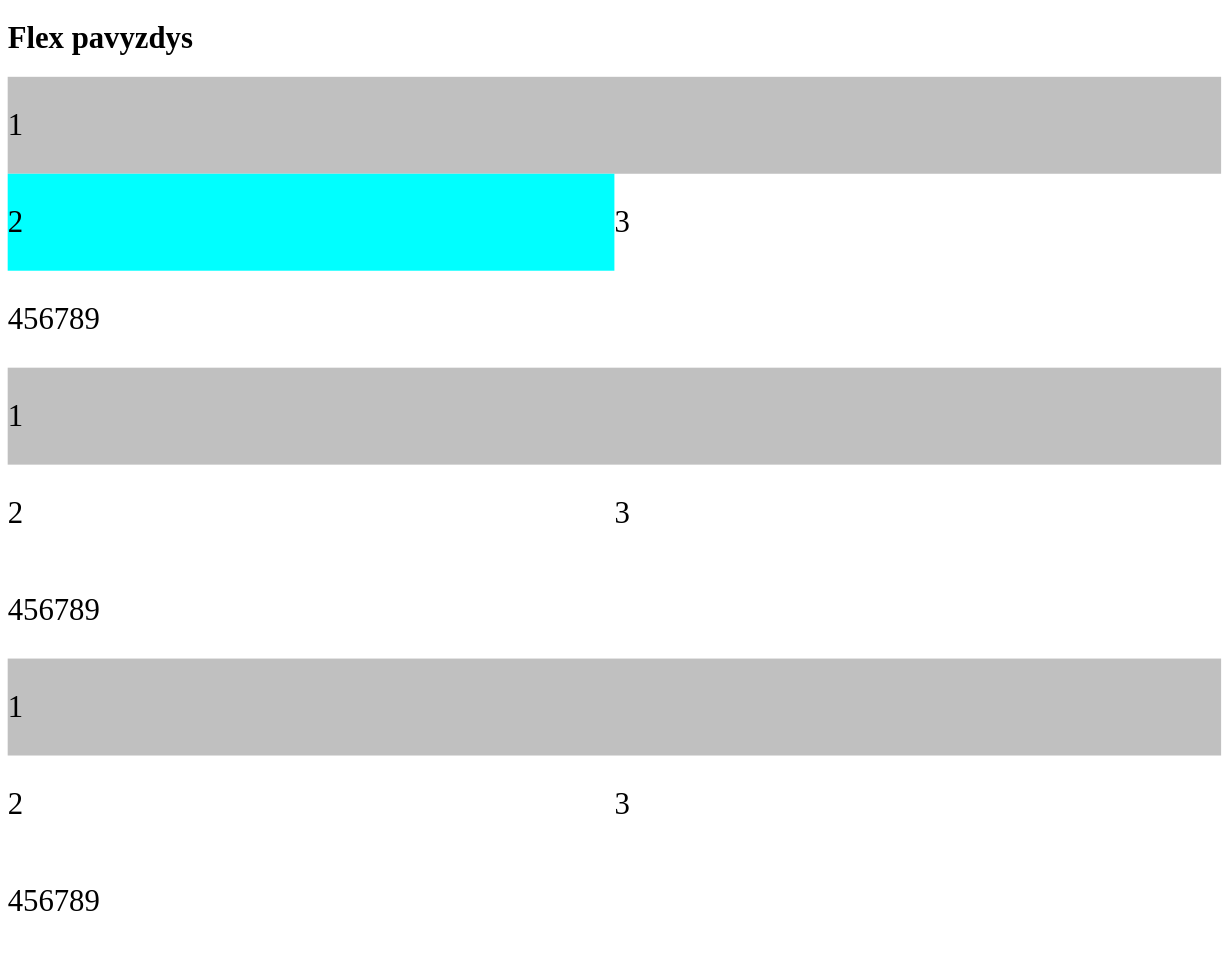
Repository: motiejus1/06-paskaita-invest
Page: index.html
An editor plug-in stored every save of this project. The page is shown before and after the next save, followed by the edit.
The browser window is 1280 px wide. The pictures show the whole page, at 96% of full size.

Above is the page before, as saved 2021-06-09 18:37:46.

After the next save:
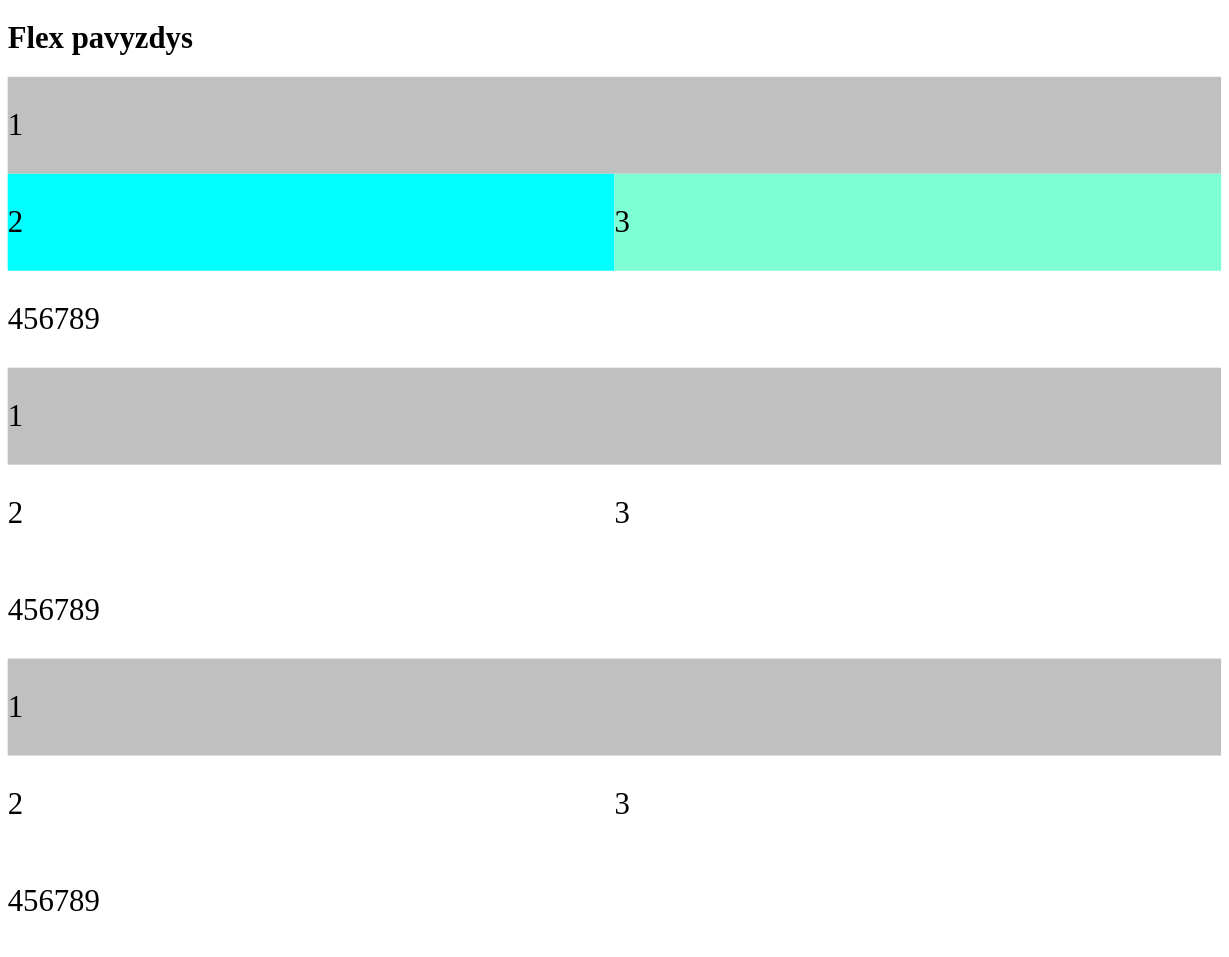
Saved 4 s later.
--- a/index.html
+++ b/index.html
@@ -45,7 +45,7 @@
         <div class="flex-container">
             <div class="flex-item-1"><p>1</p></div>
             <div class="flex-item-2 zydra"><p>2</p></div>
-            <div class="flex-item-3"><p>3</p></div>
+            <div class="flex-item-3 zalsva"><p>3</p></div>
             <div class="flex-item-4"><p>4</p></div>
             <div class="flex-item-5"><p>5</p></div>
             <div class="flex-item-6"><p>6</p></div>
